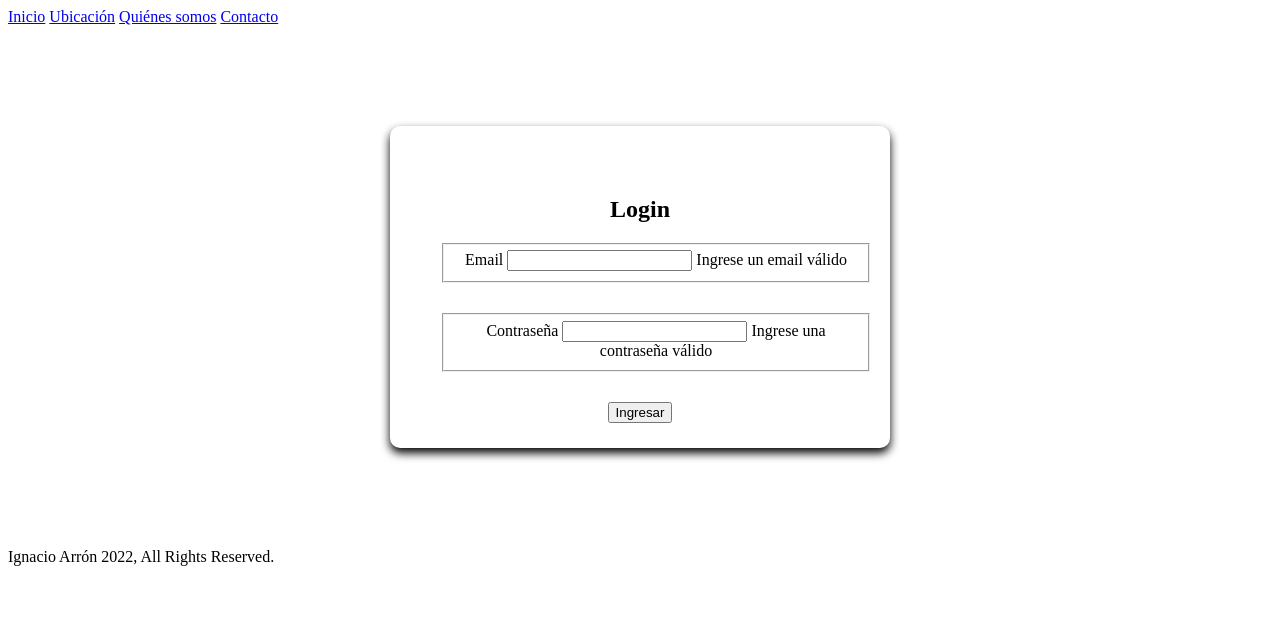
Repository: Divineridh/lppa-parcial2
Page: login.html
The author's editor kept a copy of each file at every save. The page is drawn from the files as they stood at one save, then again after the next save.
The browser window is 1280 px wide. The pictures show the whole page.

Above is the page before, as saved 2022-07-04 21:04:48.

### login.html
<!DOCTYPE html>
<html lang="en">
<head>
    <meta charset="UTF-8">
    <meta http-equiv="X-UA-Compatible" content="IE=edge">
    <meta name="viewport" content="width=device-width, initial-scale=1.0">
    <link rel="stylesheet" href="./styles/login.css">
    <script src="./scripts/login.js"></script>
    <link rel="shortcut icon" href="images/favicon.ico" type="image/x-icon">
    <title>Login page</title>
</head>
<body>
    <header>
        <nav>
            <a href="#" target="_blank">Inicio</a>
            <a href="#" target="_blank">Ubicación</a>
            <a href="#" target="_blank">Quiénes somos</a>
            <a href="#" target="_blank">Contacto</a>
        </nav>
    </header>
    <form class="form">
        <h2>Login</h2>
        <fieldset class="form-group">
            <label class="form-label-text" for="txtEmail">Email</label>
            <input class="form-text" type="email" id="txtEmail" placeholder=" ">
            <label class="form-label-error hidden" for="txtEmail">Ingrese un email válido</label>
        </fieldset>
        <fieldset class="form-group">
            <label class="form-label-text" for="txtPassword">Contraseña</label>
            <input class="form-text" type="password" id="txtPassword" placeholder=" ">
            <label class="form-label-error hidden" for="txtPassword">Ingrese una contraseña válido</label>
        </fieldset>
        <input class="form-button" type="submit" value="Ingresar" id="loginBtn">
        <label id="label-error-login" class="form-label-error" hidden></label>
    </form>
    <footer>
        <p>
            Ignacio Arrón 2022, All Rights Reserved.
        </p>
    </footer>
</body>
</html>

### styles/login.css
.form{
    background-color: var(--blanco);
    margin: 100px auto;
    width: 90%;
    max-width: 400px;
    padding: 50px;
    padding-bottom: 25px;
    border-radius: 10px;
    box-shadow: 0px 5px 10px;
    text-align: center;
}

.form-title{
    font-size: 32px;
    margin-bottom: 40px;
    font-weight: 700;
    color: var(--verdeClaro)
}

.form-container{
    margin-top: 50px;
    display:flex;
}

.form-group{
    width: 100%;
    position: relative;
    margin-bottom: 30px;
}

.form-txt{
    width: 100%;
    background: none;
    margin-bottom: 8px;
    color: rgb(112, 108, 108);
    font-size: 16px;
    padding: 5px 3px;
    border:none;
    outline:none;
    border-bottom: 1px solid rgb(87, 87, 87, 0.49);
    font-family: 'Roboto', sans-serif;
}

.form-txt:focus + .form-lblTxt, .form-txt:not(:placeholder-shown) + .form-lblTxt{
    transform: translateY(-13px) scale(0.9);
    transform-origin: left top;
}

.form-lblTxt{
    color: var(--verdeAgua);
    position:absolute;
    font-size: 15px;
    top:0;
    left:5px;
    font-weight: bold;
    transform: translateY(9px);
    transform-origin: left bottom;
    transition: transform .5s;
}

.form-lblError{
    width: 100%;
    color:rgb(255, 0, 0);
    text-align: center;
}

.form-img{
    width: 20%;
    height: 20%;
}

.form-btn{
    width: 100%;
    background-color: var(--verdeClaro);
    color:var(--blanco);
    font-family: 'Roboto', sans-serif;
    font-weight: 300;
    font-size: 16px;
    padding: 12px 0px;
    border: 1px solid;
    border-radius: 8px;
    cursor: pointer;
    transition: background-color .3s;
    margin-top: 8px;
    margin-bottom: 20px;
}

.form-btn:hover{
    color: var(--verdeClaro);
    background-color: var(--blanco);
}

### scripts/login.js
window.onload = function() {
    SessionCheck();
    GetElements();
    HideLabels();
    submit.onclick = (e) => {
        e.preventDefault();
        if (FieldValidations()) {
            errorLogin.classList.toggle("hidden", true);
            Request();
        }
    }
}

function SessionCheck() {
    if (localStorage.logged == "true") {
        location = "./dashboard.html";
    }
}

function GetElements() {
    email = document.getElementById("txtEmail");
    password = document.getElementById("txtPassword");
    submit = document.getElementById("loginBtn")
    errorLogin = document.getElementById("label-error-login")
}

function Login(data) {
    if (data.error == false) {
        localStorage.logged = "true";
    }
}

function FieldValidations() {
    validate = true;
    if (password.value.length < 7) {
        pass.labels[1].classList.toggle("hidden", false);
        validate = false;
    }
    if (!email.value.match(/[a-z0-9]+@[a-z]+\.[a-z]{2,3}/)) {
        email.labels[1].classList.toggle("hidden", false);
        validate = false;
    }
    return validate;
}

function HideLabels() {
    email.onfocus = () => {
        email.labels[1].classList.toggle("hidden", true);
        errorLogin.classList.toggle("hidden", true);
    }
    password.onfocus = () => {
        password.labels[1].classList.toggle("hidden", true);
        errorLogin.classList.toggle("hidden", true);
    }
}

function Request() {
    fetch("https://basic-server-one.vercel.app/login", {
        method: "POST",
        headers: { "Content-Type": "application/json"},
        body: JSON.stringify({
        email: email.value,
        password: password.value
        })
    })
        .then(response => response.json())
        .then(data => Login(data))
        .catch(error => console.log(error))
}

After the next save:
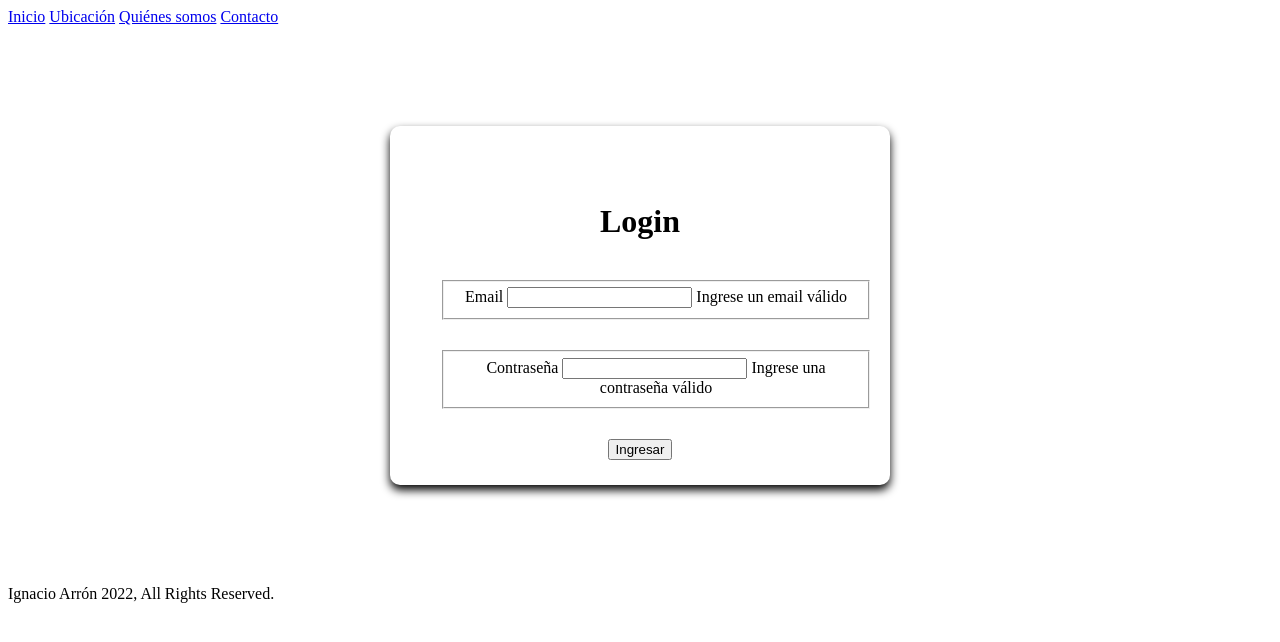
Saved 28 s later.
--- a/login.html
+++ b/login.html
@@ -19,7 +19,7 @@
         </nav>
     </header>
     <form class="form">
-        <h2>Login</h2>
+        <h2 class="form-title">Login</h2>
         <fieldset class="form-group">
             <label class="form-label-text" for="txtEmail">Email</label>
             <input class="form-text" type="email" id="txtEmail" placeholder=" ">
